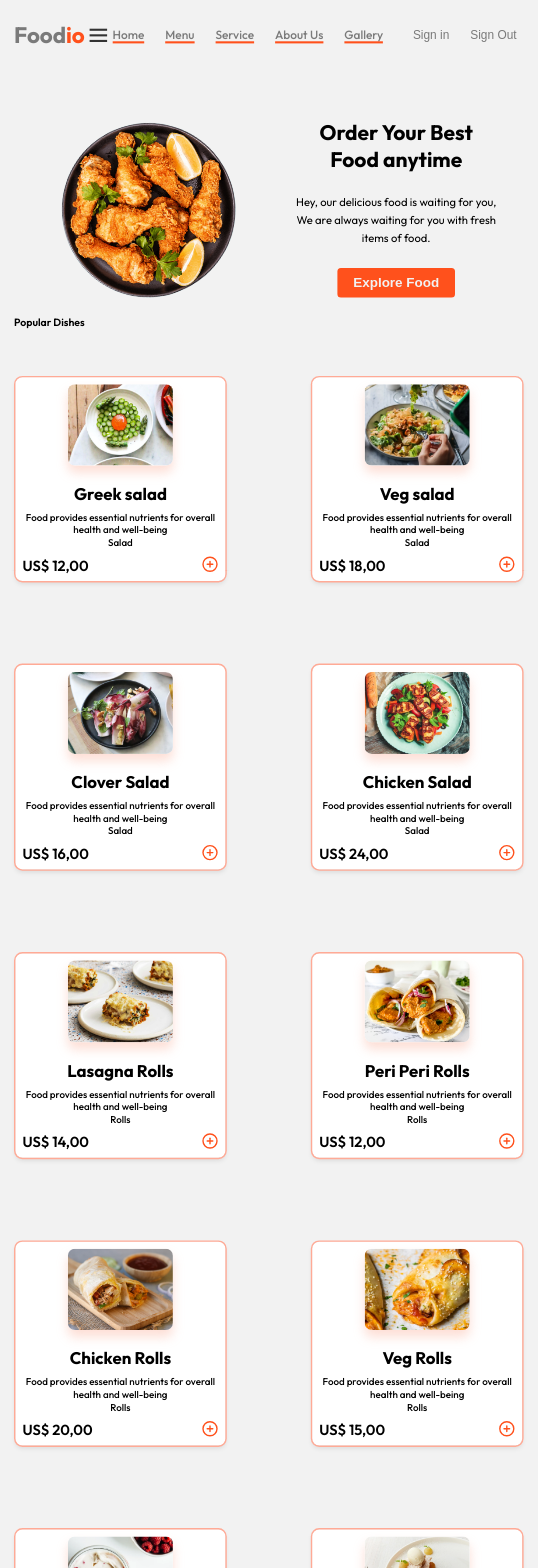
Repository: guilhermecardoso93/foodio
Page: /
An editor plug-in stored every save of this project. The page is shown before and after the next save, followed by the edit.
The browser window is 768 px wide. The pictures show the part of the page from y = 0 to 2240 px (the page is 7055 px tall before and 5552 px after), at 70% of full size.
The project was rebuilt for these pictures with package versions that can differ from the ones it lists, and the page was loaded fresh each time. Also part of the build but not shown: vite.config.js, src/index.css.

Above is the page before, as saved 2024-11-05 20:42:13.

### index.html
<!doctype html>
<html lang="en">

<head>
    <meta charset="UTF-8" />
    <link rel="icon" type="image/svg+xml" href="/" />
    <link rel="preconnect" href="https://fonts.googleapis.com">
    <link rel="preconnect" href="https://fonts.gstatic.com" crossorigin>
    <link href="https://fonts.googleapis.com/css2?family=Inter:ital,opsz,wght@0,14..32,100..900;1,14..32,100..900&family=Outfit:wght@100..900&display=swap" rel="stylesheet">
    <meta name="viewport" content="width=device-width, initial-scale=1.0" />
    <title>Foodio</title>
</head>

<body>
    <div id="root"></div>
    <script type="module" src="/src/main.jsx"></script>
</body>

</html>

### src/main.jsx
import { StrictMode } from "react";
import { createRoot } from "react-dom/client";
import { App } from "./App.jsx";

import "./index.css";
createRoot(document.getElementById("root")).render(
  <StrictMode>
    <App />
  </StrictMode>
);

### src/App.jsx
import "./App.css";
import { Main } from "./components/Main";
import { Menu } from "./components/Menu";

export function App() {
  return (
    <>
      <Menu />
      <Main />
    </>
  );
}

### src/App.css
*, ::after, ::before {
  margin: 0;
  padding: 0;
  box-sizing: border-box;
}

body {
  margin: 0 100px;
  background-color: #f2f2f2;
  font-family: "Outfit", serif;
  overflow-x: hidden;
}

::-webkit-scrollbar {
  width: 10px;
}

::-webkit-scrollbar-thumb {
  border-radius: 20px;
  background-color: #ff511c;
}

### src/components/Main/index.jsx
import imagem1 from "../../assets/images/image1.png";
import imagem5 from "../../assets/images/image5.png";
import { food_list } from "../../assets/assets";
import { CardItem } from "../CardItem";

import "./styles.css";

export function Main() {
  return (
    <main>
      <section className="grid">
        <div className="content">
          <div className="content-left">
            <div className="info">
              <h2>
                Order Your Best
                <br />
                Food anytime
              </h2>
              <p>
                Hey, our delicious food is waiting for you, <br /> We are always
                waiting for you with fresh items of food.
              </p>
            </div>
            <button>Explore Food</button>
          </div>
          <div className="content-right">
            <img src={imagem1} alt="" />
            <img src={imagem5} alt="" />
            <img src={imagem1} alt="" />{" "}
          </div>
        </div>
      </section>
      <section className="category">
        <div className="list-items">
          <h3>Popular Dishes</h3>
          <div className="card-list">
            {food_list.map((item, index) => {
              return (
                <CardItem
                  image={item.image}
                  name={item.name}
                  price={item.price}
                  description={item.description}
                  category={item.category}
                  key={index}
                />
              );
            })}
          </div>
        </div>
      </section>
    </main>
  );
}

### src/components/Menu/index.jsx
import "./styles.css";

export function Menu() {
  function toggleMenu() {}

  return (
    <div className="navbar">
      <div className="navbar-logo">
        <h1>
          Food<b>io</b>
        </h1>
      </div>
      <div className="hamburguer" onClick={toggleMenu()}>
        <span className="bar"></span>
        <span className="bar"></span>
        <span className="bar"></span>
      </div>
      <ul className="navbar-link">
        <li className="active">
          <a href="/">Home</a>
        </li>
        <li className="active">
          <a href="/">Menu</a>
        </li>
        <li className="active">
          <a href="/">Service</a>
        </li>
        <li className="active">
          <a href="/">About Us</a>
        </li>
        <li className="active">
          <a href="/">Gallery</a>
        </li>
      </ul>
      <div className="auth-buttons">
        <input type="submit" className="sign" value="Sign in" name="signin" />
        <input type="submit" className="sign" value="Sign Out" name="signout" />
      </div>
    </div>
  );
}

### src/assets/assets.js

import food_1 from './food/food_1.png'
import food_2 from './food/food_2.png'
import food_3 from './food/food_3.png'
import food_4 from './food/food_4.png'
import food_5 from './food/food_5.png'
import food_6 from './food/food_6.png'
import food_7 from './food/food_7.png'
import food_8 from './food/food_8.png'
import food_9 from './food/food_9.png'
import food_10 from './food/food_10.png'
import food_11 from './food/food_11.png'
import food_12 from './food/food_12.png'
import food_13 from './food/food_13.png'
import food_14 from './food/food_14.png'
import food_15 from './food/food_15.png'
import food_16 from './food/food_16.png'
import food_17 from './food/food_17.png'
import food_18 from './food/food_18.png'
import food_19 from './food/food_19.png'
import food_20 from './food/food_20.png'
import food_21 from './food/food_21.png'
import food_22 from './food/food_22.png'
import food_23 from './food/food_23.png'
import food_24 from './food/food_24.png'
import food_25 from './food/food_25.png'
import food_26 from './food/food_26.png'
import food_27 from './food/food_27.png'
import food_28 from './food/food_28.png'
import food_29 from './food/food_29.png'
import food_30 from './food/food_30.png'
import food_31 from './food/food_31.png'
import food_32 from './food/food_32.png'


export const food_list = [
    {
        _id: "1",
        name: "Greek salad",
        image: food_1,
        price: 12,
        description: "Food provides essential nutrients for overall health and well-being",
        category: "Salad"
    },
    {
        _id: "2",
        name: "Veg salad",
        image: food_2,
        price: 18,
        description: "Food provides essential nutrients for overall health and well-being",
        category: "Salad"
    }, {
        _id: "3",
        name: "Clover Salad",
        image: food_3,
        price: 16,
        description: "Food provides essential nutrients for overall health and well-being",
        category: "Salad"
    }, {
        _id: "4",
        name: "Chicken Salad",
        image: food_4,
        price: 24,
        description: "Food provides essential nutrients for overall health and well-being",
        category: "Salad"
    }, {
        _id: "5",
        name: "Lasagna Rolls",
        image: food_5,
        price: 14,
        description: "Food provides essential nutrients for overall health and well-being",
        category: "Rolls"
    }, {
        _id: "6",
        name: "Peri Peri Rolls",
        image: food_6,
        price: 12,
        description: "Food provides essential nutrients for overall health and well-being",
        category: "Rolls"
    }, {
        _id: "7",
        name: "Chicken Rolls",
        image: food_7,
        price: 20,
        description: "Food provides essential nutrients for overall health and well-being",
        category: "Rolls"
    }, {
        _id: "8",
        name: "Veg Rolls",
        image: food_8,
        price: 15,
        description: "Food provides essential nutrients for overall health and well-being",
        category: "Rolls"
    }, {
        _id: "9",
        name: "Ripple Ice Cream",
        image: food_9,
        price: 14,
        description: "Food provides essential nutrients for overall health and well-being",
        category: "Deserts"
    }, {
        _id: "10",
        name: "Fruit Ice Cream",
        image: food_10,
        price: 22,
        description: "Food provides essential nutrients for overall health and well-being",
        category: "Deserts"
    }, {
        _id: "11",
        name: "Jar Ice Cream",
        image: food_11,
        price: 10,
        description: "Food provides essential nutrients for overall health and well-being",
        category: "Deserts"
    }, {
        _id: "12",
        name: "Vanilla Ice Cream",
        image: food_12,
        price: 12,
        description: "Food provides essential nutrients for overall health and well-being",
        category: "Deserts"
    },
    {
        _id: "13",
        name: "Chicken Sandwich",
        image: food_13,
        price: 12,
        description: "Food provides essential nutrients for overall health and well-being",
        category: "Sandwich"
    },
    {
        _id: "14",
        name: "Vegan Sandwich",
        image: food_14,
        price: 18,
        description: "Food provides essential nutrients for overall health and well-being",
        category: "Sandwich"
    }, {
        _id: "15",
        name: "Grilled Sandwich",
        image: food_15,
        price: 16,
        description: "Food provides essential nutrients for overall health and well-being",
        category: "Sandwich"
    }, {
        _id: "16",
        name: "Bread Sandwich",
        image: food_16,
        price: 24,
        description: "Food provides essential nutrients for overall health and well-being",
        category: "Sandwich"
    }, {
        _id: "17",
        name: "Cup Cake",
        image: food_17,
        price: 14,
        description: "Food provides essential nutrients for overall health and well-being",
        category: "Cake"
    }, {
        _id: "18",
        name: "Vegan Cake",
        image: food_18,
        price: 12,
        description: "Food provides essential nutrients for overall health and well-being",
        category: "Cake"
    }, {
        _id: "19",
        name: "Butterscotch Cake",
        image: food_19,
        price: 20,
        description: "Food provides essential nutrients for overall health and well-being",
        category: "Cake"
    }, {
        _id: "20",
        name: "Sliced Cake",
        image: food_20,
        price: 15,
        description: "Food provides essential nutrients for overall health and well-being",
        category: "Cake"
    }, {
        _id: "21",
        name: "Garlic Mushroom ",
        image: food_21,
        price: 14,
        description: "Food provides essential nutrients for overall health and well-being",
        category: "Pure Veg"
    }, {
        _id: "22",
        name: "Fried Cauliflower",
        image: food_22,
        price: 22,
        description: "Food provides essential nutrients for overall health and well-being",
        category: "Pure Veg"
    }, {
        _id: "23",
        name: "Mix Veg Pulao",
        image: food_23,
        price: 10,
        description: "Food provides essential nutrients for overall health and well-being",
        category: "Pure Veg"
    }, {
        _id: "24",
        name: "Rice Zucchini",
        image: food_24,
        price: 12,
        description: "Food provides essential nutrients for overall health and well-being",
        category: "Pure Veg"
    },
    {
        _id: "25",
        name: "Cheese Pasta",
        image: food_25,
        price: 12,
        description: "Food provides essential nutrients for overall health and well-being",
        category: "Pasta"
    },
    {
        _id: "26",
        name: "Tomato Pasta",
        image: food_26,
        price: 18,
        description: "Food provides essential nutrients for overall health and well-being",
        category: "Pasta"
    }, {
        _id: "27",
        name: "Creamy Pasta",
        image: food_27,
        price: 16,
        description: "Food provides essential nutrients for overall health and well-being",
        category: "Pasta"
    }, {
        _id: "28",
        name: "Chicken Pasta",
        image: food_28,
        price: 24,
        description: "Food provides essential nutrients for overall health and well-being",
        category: "Pasta"
    }, {
        _id: "29",
        name: "Buttter Noodles",
        image: food_29,
        price: 14,
        description: "Food provides essential nutrients for overall health and well-being",
        category: "Noodles"
    }, {
        _id: "30",
        name: "Veg Noodles",
        image: food_30,
        price: 12,
        description: "Food provides essential nutrients for overall health and well-being",
        category: "Noodles"
    }, {
        _id: "31",
        name: "Somen Noodles",
        image: food_31,
        price: 20,
        description: "Food provides essential nutrients for overall health and well-being",
        category: "Noodles"
    }, {
        _id: "32",
        name: "Cooked Noodles",
        image: food_32,
        price: 15,
        description: "Food provides essential nutrients for overall health and well-being",
        category: "Noodles"
    }
]

### src/components/CardItem/index.jsx
import { PlusCircle, PlusCircleIcon } from "lucide-react";
import "./styles.css";

export function CardItem({ image, name, price, description, category }) {
  function formatarPreco(valor) {
    return new Intl.NumberFormat("pt-BR", {
      style: "currency",
      currency: "USD",
    }).format(valor);
  }

  return (
    <div className="card">
      <img src={image} alt="" />
      <div className="title">
        <h1>{name}</h1>
      </div>
      <div className="desc-food">
        <p>{description}</p>
        <p>{category}</p>
      </div>
      <div className="price">
        <span>{formatarPreco(price)}</span>
        <PlusCircle color="#ff511c" className="plus-icon" />
      </div>
    </div>
  );
}

### src/components/Main/styles.css
.content {
  display: grid;
  grid-template-columns: 50% auto;
  margin-top: 100px;
  gap: 30px;
  align-items: center;
  justify-content: space-between;
  width: 100%;
}

.content-left {
  display: block;
  width: 100%;
}

.content-left .info {
  max-width: 100%;
  display: flex;
  flex-direction: column;
}

.content-left .info h2 {
  font-size: 60px;
  margin-bottom: 30px;
}

.content-left .info p {
  font-size: 20px;
  line-height: 2pc;
  margin-bottom: 30px;
}

.content-left button {
  padding: 10px 23px;
  background-color: #ff511c;
  color: #f2f2f2;
  border-radius: 5px;
  border: none;
  cursor: pointer;
  font-weight: 600;
  font-size: 1.2rem;
  margin-bottom: 5px;
}

.content-left button:hover {
  color: #ff511c;
  background-color: #f2f2f2;
  border: solid 2px #ff511c;
  padding: 8px 21px;
}

.grid {
  width: 100%;
  max-width: 1200px;
  margin: 0 auto;
  padding: 20px;
  justify-content: center;
  align-items: center;
}

.content-right {
  position: relative;
  height: 400px;
  width: 400px;
  display: flex;
  justify-content: center;
  align-items: center;
}

.content-right img {
  position: absolute;
  width: 100%;
  height: 100%;
  object-fit: cover;
  opacity: 0;
  animation: imageSwitch 15s infinite, rotate 3s linear infinite;
  transform-origin: center center;
}

.content-right img:nth-child(1) {
  animation-delay: 0s;
}

.content-right img:nth-child(2) {
  animation-delay: 5s;
}

.content-right img:nth-child(3) {
  animation-delay: 10s;
}

@keyframes rotate {
  from {
    transform: rotate(0deg);
  }

  to {
    transform: rotate(360deg);
  }
}

@keyframes imageSwitch {
  0%, 33% {
    opacity: 1;
  }

  34%, 100% {
    opacity: 0;
  }
}

.category {
  width: 100%;
  display: flex;
  margin-bottom: 50px;
  justify-content: center;
}

.category .list-items {
  width: 90%;
  position: relative;
  position: relative;
}

.category .list-items h3 {
  font-size: 2rem;
  font-weight: 600;
  margin-bottom: 70px;
}

.category .list-items .card-list {
  display: flex;
  flex-wrap: wrap;
  gap: 12px;
}

### src/components/Menu/styles.css
.navbar {
  width: 100%;
  display: flex;
  justify-content: space-between;
  align-items: center;
  padding: 30px 0;
}

.navbar-logo {
  font-weight: 600;
  color: rgb(122, 122, 122);
}

.navbar-logo b {
  color: #ff511c;
}

.navbar-link {
  display: flex;
  list-style: none;
}

.navbar-link li {
  margin-right: 30px;
}

.navbar-link li a {
  text-decoration: none;
  color: rgb(122, 122, 122);
  font-weight: 500;
  font-size: 17px;
}

.navbar-link li a:hover {
  color: #ff511c;
}

.navbar-link .active::after {
  content: "";
  width: 100%;
  height: 3px;
  background-color: #ff511c;
  display: flex;
  position: relative;
  margin-top: 3x;
}

.auth-buttons {
  display: flex;
  align-items: center;
  gap: 10px;
}

input {
  padding: 10px;
  cursor: pointer;
  font-weight: 600;
}

.sign {
  background: transparent;
  border: none;
  color: rgb(122, 122, 122);
  font-weight: 500;
  font-size: 17px;
  text-decoration: none;
}

.sign:hover {
  background-color: #ff511c;
  border-radius: 10px;
  color: black;
}

.hamburguer {
  /*display: none;*/
  cursor: pointer;
}

.hamburguer .bar {
  display: block;
  width: 25px;
  height: 3px;
  margin: 5px;
  background-color: #333;
  transition: 0.3s;
}

@media screen and (max-width: 1024px) {
  body {
    margin: 0 50px;
  }

  .content-right {
    width: 300px;
    height: 300px;
  }
}

@media screen and (max-width: 968px) {
  .category .list-items .card-list {
    gap: 100px 20px;
  }
}

@media screen and (max-width: 768px) {
  body {
    margin: 0 20px;
  }

  .content {
    margin-top: 50px;
    text-align: center;
    gap: 20px;
  }

  .content .content-left h2 {
    font-size: 30px;
  }

  .content .content-left p {
    font-size: 16px;
    line-height: 1.6;
  }

  .content-right {
    width: 250px;
    height: 250px;
    margin: 0 auto;
    order: -1;
  }

  .category .list-items {
    width: 100%;
  }

  .category .list-items .card-list {
    gap: 120px;
  }

  .category .list-items h3 {
    font-size: 15px;
  }

  .card {
    width: 100%;
    max-width: 300px;
    margin: 0 auto;
  }
}

### src/components/CardItem/styles.css
.card {
  width: 200px;
  min-height: 250px;
  /* Define uma altura mínima para o cartão */
  display: flex;
  flex-direction: column;
  align-items: center;
  padding: 10px;
  border-radius: 10px;
  position: relative;
  background-color: #ffffff;
  outline: 2px solid #ffaa96;
  box-shadow: 0 4px 8px rgba(0, 0, 0, 0.1);
}

.card img {
  width: 100%;
  max-width: 150px;
  height: auto;
  border-radius: 10px;
  object-fit: cover;
  object-position: center;
  background-repeat: no-repeat;
  box-shadow: 0 10px 15px rgba(250, 173, 150, 0.4);
  /* Ajusta a sombra */
  margin-bottom: 15px;
  /* Espaço entre a imagem e o conteúdo abaixo */
}

.card .title {
  padding: 10px 0 10px;
}

.card .title h1 {
  text-align: center;
  font-weight: bold;
  font-size: 1.5rem;
}

.desc-food p {
  font-size: 14px;
  text-align: center;
  font-weight: 500;
}

.price {
  display: flex;
  margin-top: 10px;
  justify-content: space-between;
  width: 100%;
  font-weight: 600;
  font-size: 1.3rem;
}

.price .plus-icon {
  cursor: pointer;
}

.card-content {
  text-align: center;
  /* Centraliza o conteúdo */
  padding: 5px;
}

After the next save:
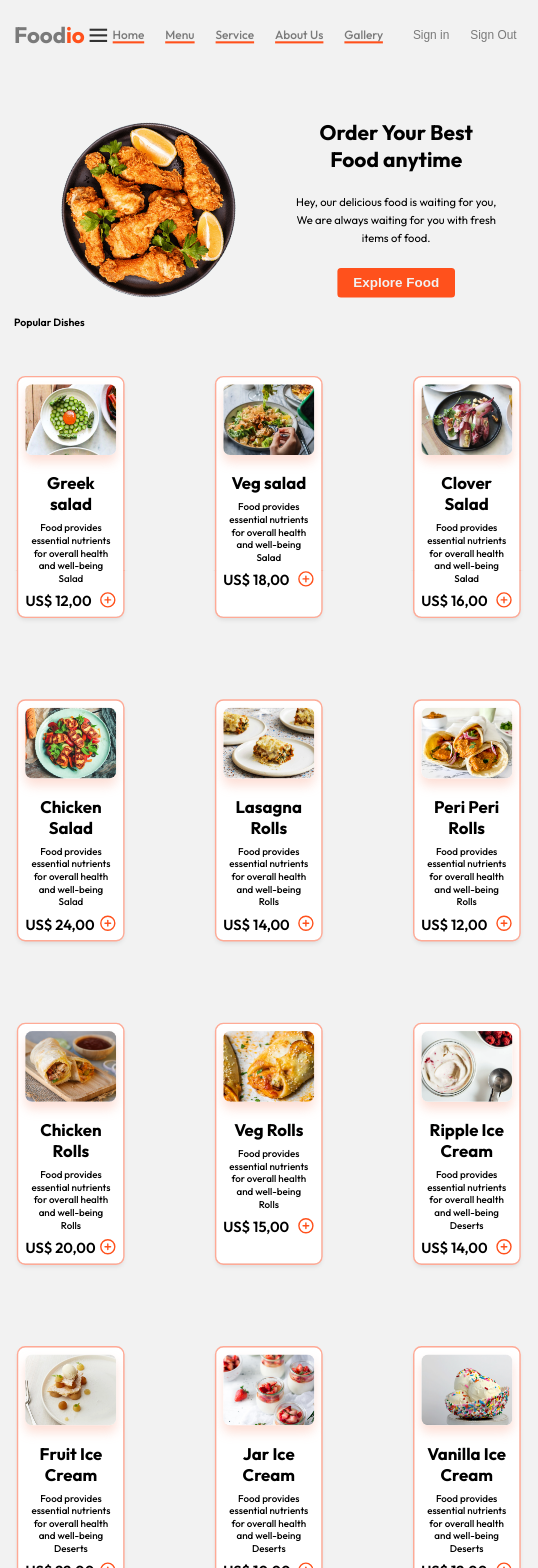
Saved 20 s later.
--- a/src/components/Menu/styles.css
+++ b/src/components/Menu/styles.css
@@ -144,7 +144,7 @@ input {
 
   .card {
     width: 100%;
-    max-width: 300px;
+    max-width: 150px;
     margin: 0 auto;
   }
 }
